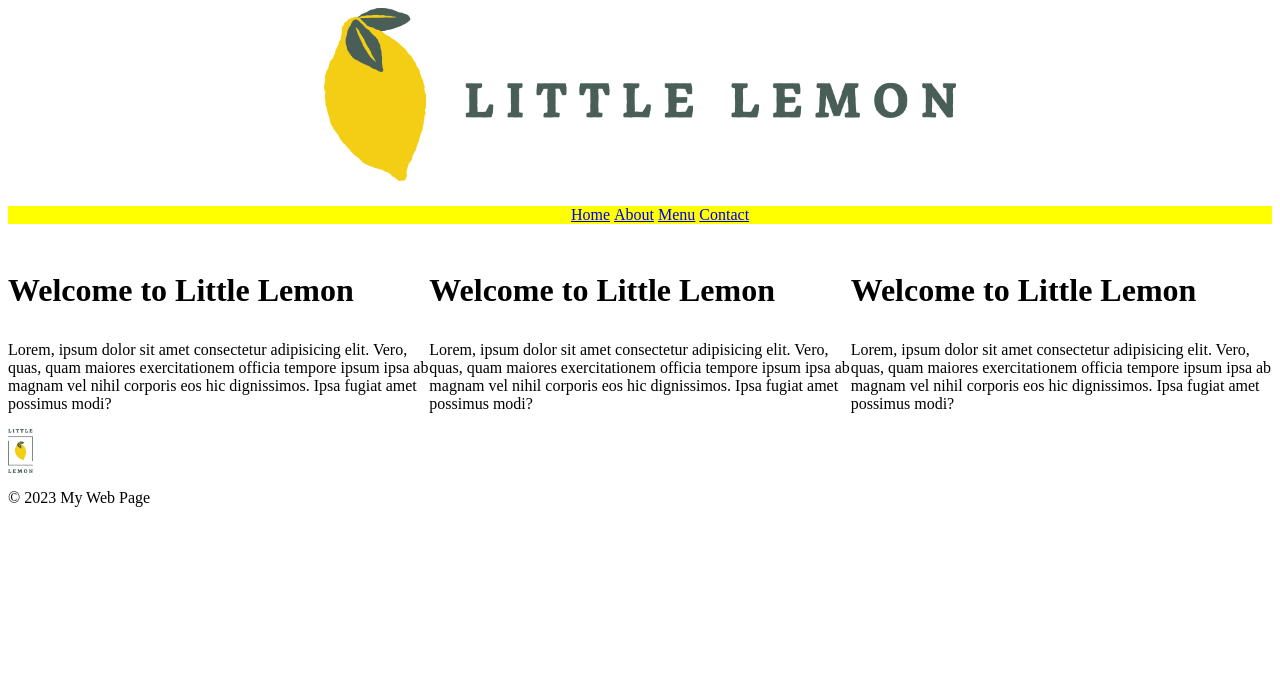
Repository: Yeshwanth-189/meta-html-css
Page: index.html
An editor plug-in stored every save of this project. The page is shown before and after the next save, followed by the edit.
The browser window is 1280 px wide. The pictures show the whole page.

Above is the page before, as saved 2025-04-21 15:27:30.

### index.html
<!DOCTYPE html>
<html lang="en">
    <head>
        <meta charset="UTF-8">
        <meta name="viewport" content="width=device-width, initial-scale=1.0">
        <title>Little Lemon</title>
        <link rel="stylesheet" href="styles.css">
        <meta name="description" content="A simple web page for Little Lemon restaurant.">
        <meta name="author" content="Little Lemon Restaurant">
    </head>
    <body>
        <header>
            <img src="/Logos/Asset 16@4x.png" alt="Little Lemon Logo" id="logo">
            <nav id="navbar">
                <ul>
                    <li><a href="home">Home</a></li>
                    <li><a href="about">About</a></li>
                    <li><a href="menu">Menu</a></li>
                    <li><a href="contact">Contact</a></li>
                </ul>
        </header>
        <main>
            <section>
                <article>
                    <h1>Welcome to Little Lemon</h1>
                    <p>Lorem, ipsum dolor sit amet consectetur adipisicing elit. Vero, quas, quam maiores exercitationem officia tempore ipsum ipsa ab magnam vel nihil corporis eos hic dignissimos. Ipsa fugiat amet possimus modi?</p>
                </article>
                <article>
                    <h1>Welcome to Little Lemon</h1>
                    <p>Lorem, ipsum dolor sit amet consectetur adipisicing elit. Vero, quas, quam maiores exercitationem officia tempore ipsum ipsa ab magnam vel nihil corporis eos hic dignissimos. Ipsa fugiat amet possimus modi?</p>
                </article>
                <article>
                    <h1>Welcome to Little Lemon</h1>
                    <p>Lorem, ipsum dolor sit amet consectetur adipisicing elit. Vero, quas, quam maiores exercitationem officia tempore ipsum ipsa ab magnam vel nihil corporis eos hic dignissimos. Ipsa fugiat amet possimus modi?</p>
                </article>
            </section>
        </main>
        <footer>
            <div>
                <img src="/Logos/Asset 20@4x.png" alt="Little Lemon Logo">
            </div>
            <div>
                <p>&copy; 2023 My Web Page</p>
            </div>
        </footer>
</html>

### styles.css
.body {
  background-color: #edefee;
  font-family: "Markazi Text", serif;
  margin-top: 3rem;
  margin-bottom: 3rem;
  margin-left: 5%;
  margin-right: 5%;
}
h1 {
  font-size: 3rem;
}
h1 {
  font-size: 2rem;
}
header > img {
  display: block;
  margin-left: auto;
  margin-right: auto;
  width: 50%;
  height: auto;
}
nav ul {
  margin-top: 2%;
  list-style-type: none;
  text-align: center;
  padding: auto;
  background-color: yellow;
}
nav li {
  display: inline-block;
}
section {
  display: flex;
}
article {
  flex: 1;
}
footer div {
  display: flex;
}
footer {
  flex: 1;
}
footer > div > img {
  display: block;
  width: 2%;
  height: auto;
}

After the next save:
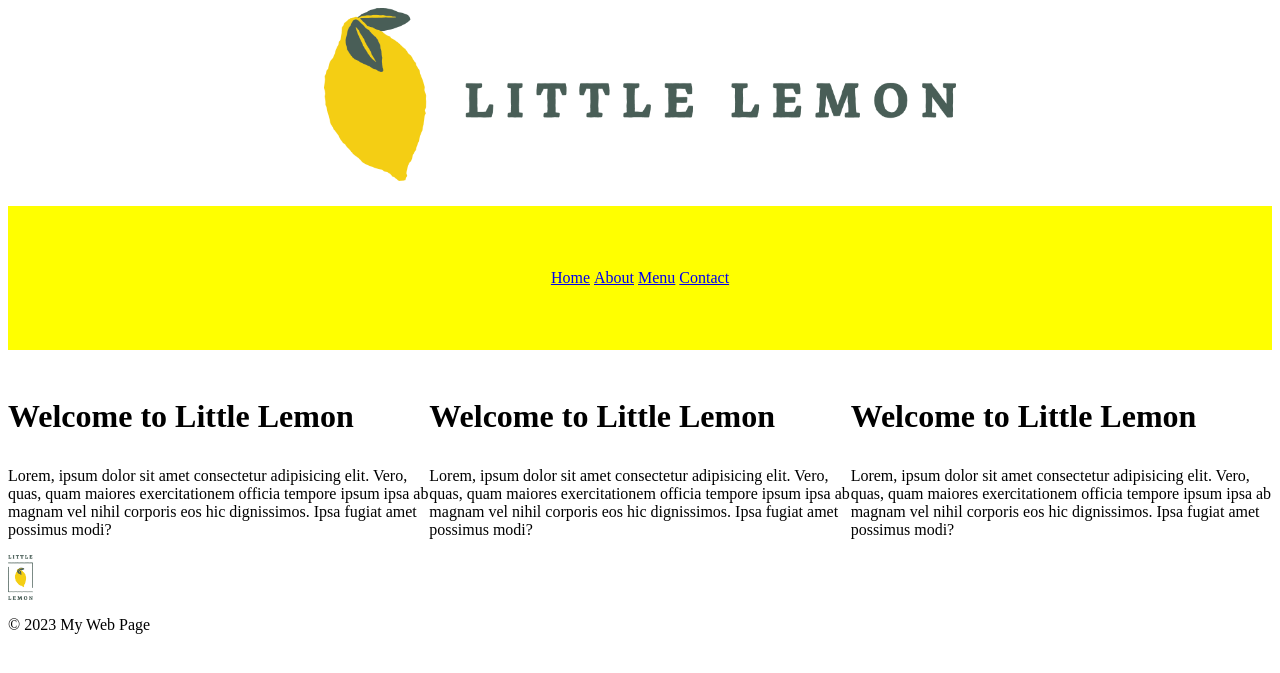
Saved 9 s later.
--- a/styles.css
+++ b/styles.css
@@ -23,7 +23,7 @@
   margin-top: 2%;
   list-style-type: none;
   text-align: center;
-  padding: auto;
+  padding: 5%;
   background-color: yellow;
 }
 nav li {
